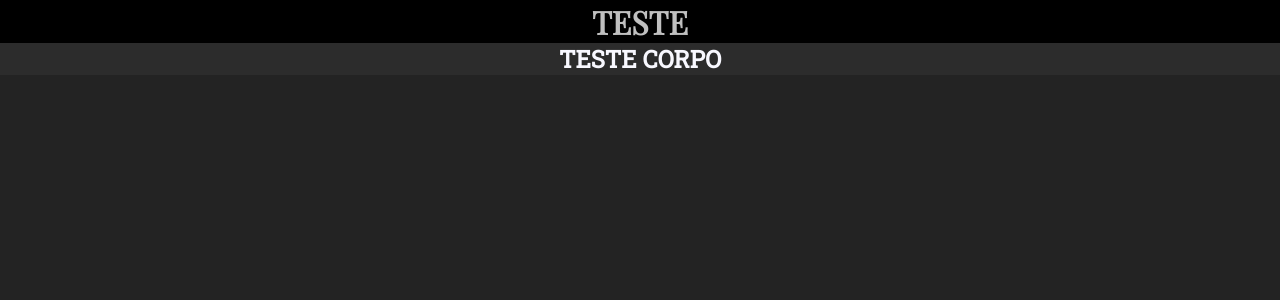
Repository: danieltrancozo/danieltrancozo.github.io
Page: index.html
An editor plug-in stored every save of this project. The page is shown before and after the next save, followed by the edit.
The browser window is 1280 px wide. The pictures show the whole page.

Above is the page before, as saved 2021-05-04 22:17:31.

After the next save:
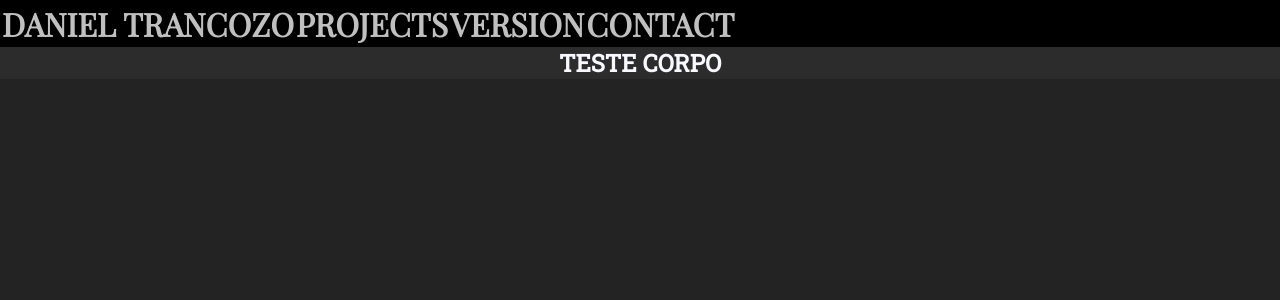
Saved 11 min 55 s later.
--- a/index.html
+++ b/index.html
@@ -18,7 +18,14 @@
     <div class="container">
         <div class="cab">
             <h1 style="text-transform: uppercase;">
-                teste
+                <table class="menu">
+                    <tr>
+                        <td>Daniel Trancozo</td>
+                        <td>projects</td>
+                        <td>version</td>
+                        <td>contact</td>
+                    </tr>
+                </table>
             </h1>
         </div>
         <div class="corp">
